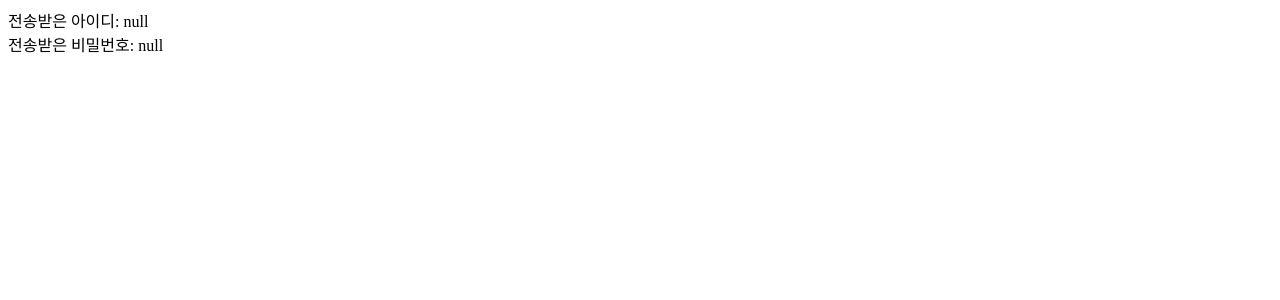
Repository: jungreul97/jsp_pracitce
Page: http://localhost/JSPBasic/JspObject/1.requests/req_param_getpost.jsp
These files come from the project's save history. The page is drawn as it stood at one moment and after the next save; the edit follows.
The browser window is 1280 px wide. The pictures show the whole page.
The page is served by Tomcat 9.

Above is the page before, as saved 2022-02-03 06:13:02.

After the next save:
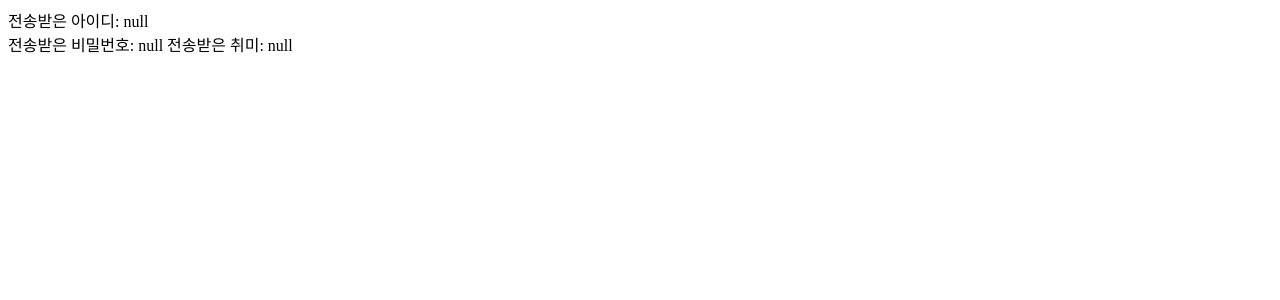
Saved 78 s later.
--- a/JSPBasic/src/main/webapp/JspObject/1.requests/req_param_getpost.jsp
+++ b/JSPBasic/src/main/webapp/JspObject/1.requests/req_param_getpost.jsp
@@ -6,6 +6,8 @@
 	String id = request.getParameter("apple");
 	// name = "banana"에 딸려온 데이터를 변수 pw에 저장 후 body에 출력해 보세요.
 	String pw = request.getParameter("banana");
+	// checkbox에 딸려온 데이터를 변수 hobby에 저장 후 body에 출력해 보세요.
+	String hobby = request.getParameter("hobby");
 %>
 <!DOCTYPE html>
 <html>
@@ -14,7 +16,10 @@
 <title>Insert title here</title>
 </head>
 <body>
+
 	전송받은 아이디: <%= id %><br/>
 	전송받은 비밀번호: <%= pw %>
+	전송받은 취미: <%=  hobby %>
+
 </body>
 </html>
